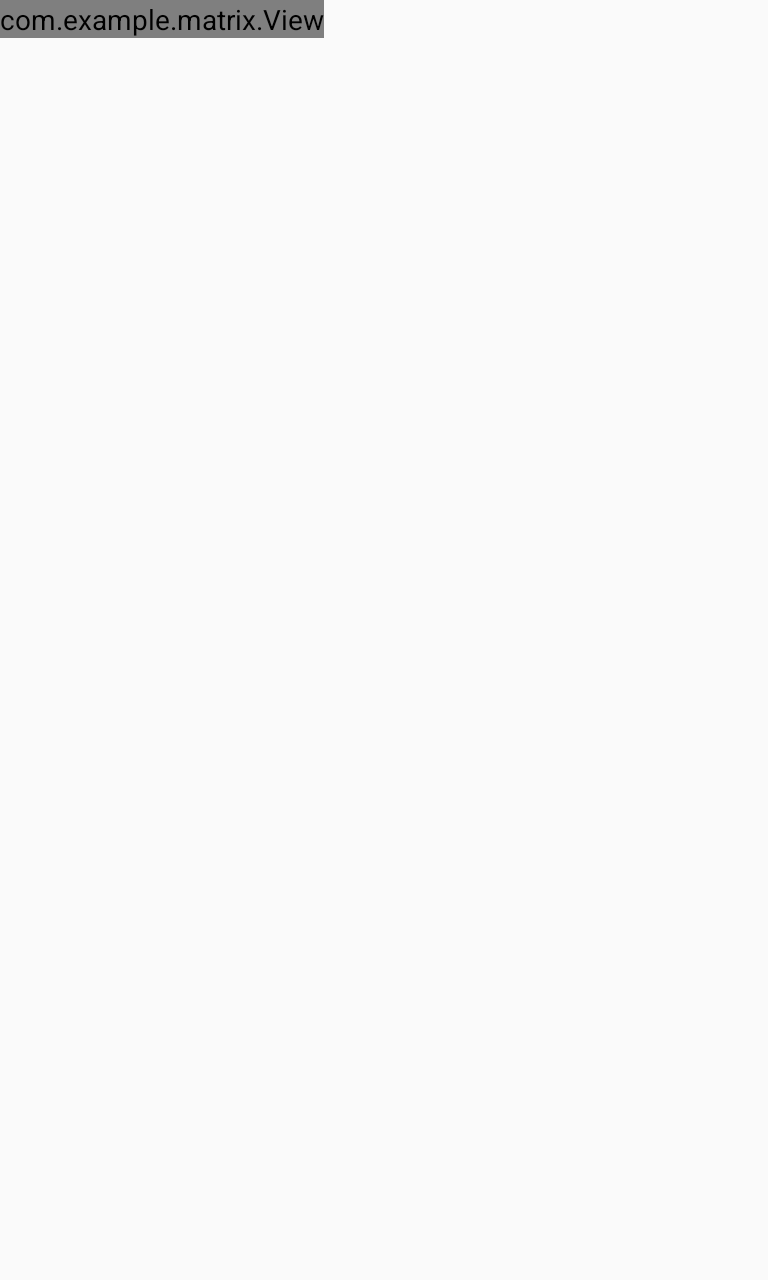
Repository: 18810012802/creazyAndroid
Layout: workspace3/matrix/res/layout/activity_main.xml
These files come from the project's save history. The layout is drawn as it stood at one moment and after the next save; the edit follows.
Pictures or frames that could not be fetched are drawn as grey boxes. It is drawn on a 768 x 1280 px phone screen (xhdpi) without system bars, with theme AppTheme; the app's code is not run.

Above is the layout before, as saved 2016-05-08 15:34:24.

After the next save:
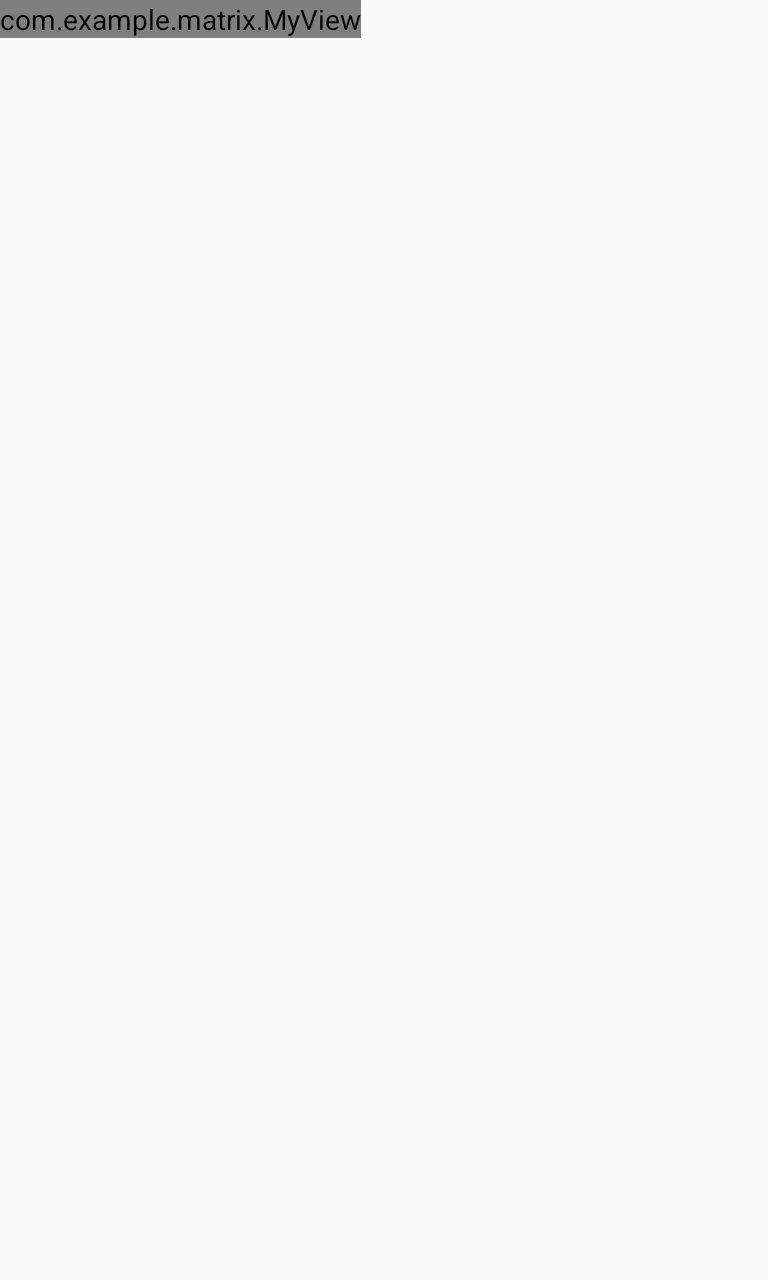
Saved 50 s later.
--- a/workspace3/matrix/res/layout/activity_main.xml
+++ b/workspace3/matrix/res/layout/activity_main.xml
@@ -4,7 +4,7 @@
     android:layout_width="match_parent"
     android:layout_height="match_parent"
      >
- <com.example.matrix.View xmlns:android="http://schemas.android.com/apk/res/android"
+ <com.example.matrix.MyView xmlns:android="http://schemas.android.com/apk/res/android"
 
         android:layout_width="wrap_content"
         android:layout_height="wrap_content"
